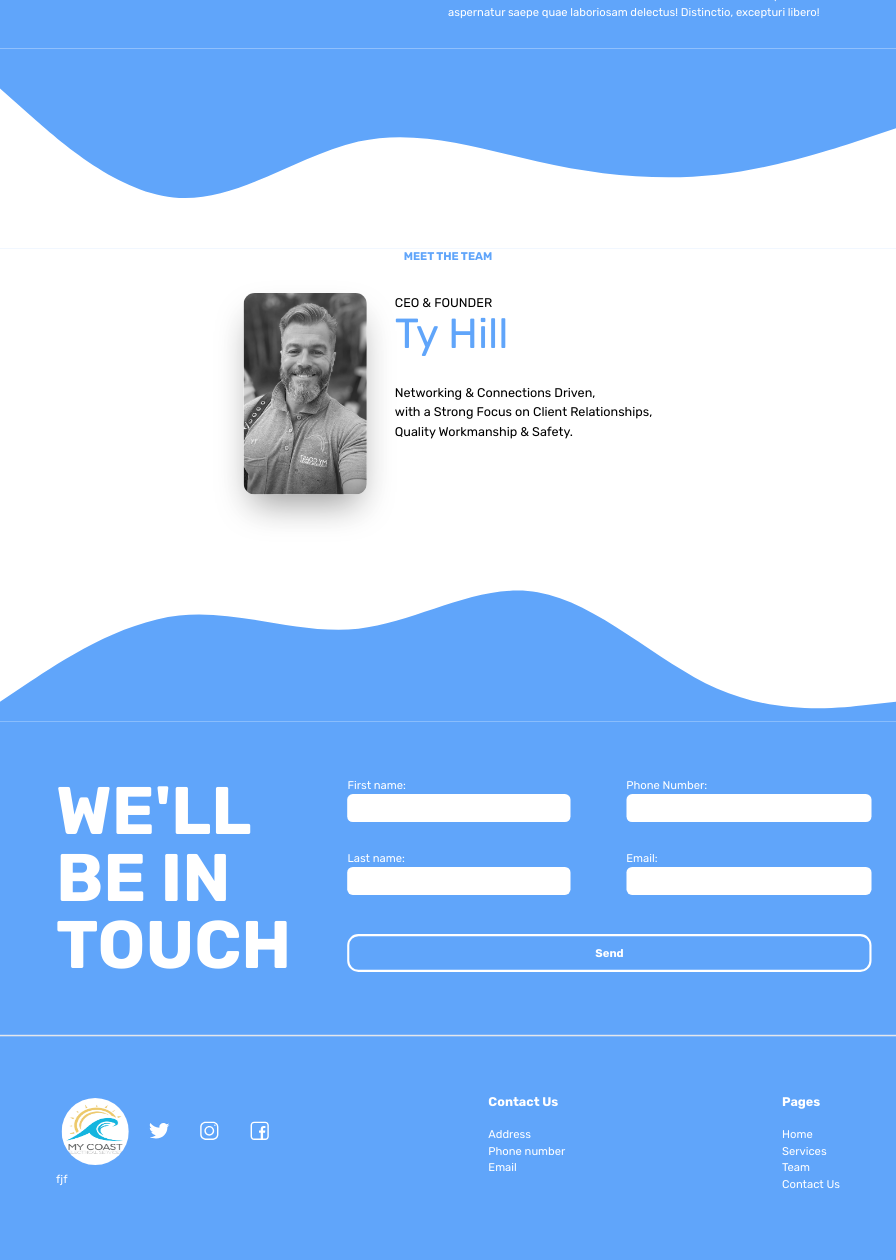
Repository: Jace-Kington/mce-website
Page: /
An editor plug-in stored every save of this project. The page is shown before and after the next save, followed by the edit.
The browser window is 1280 px wide. The pictures show the part of the page from y = 1079 to 2999 px (the page is 2879 px tall before and 2999 px after), at 70% of full size.
The project was rebuilt for these pictures with package versions that can differ from the ones it lists, and the page was loaded fresh each time. The framework's server and built-in components were replaced by stand-ins that run in the browser. Also part of the build but not shown: next.config.js.

Above is the page before, as saved 2022-11-12 13:24:45.

### pages/index.js

import Navbar from '../components/Navbar'
import Services from '../components/Services'
import MeetUs from '../components/Meet-us'
import ContactUs from '../components/ContactUs'
import Footer from '../components/Footer'

export default function Home() {
  return (
    <div>
      <head>
        <link rel="preconnect" href="https://fonts.googleapis.com"/>
        <link rel="preconnect" href="https://fonts.gstatic.com" crossorigin/>
        <link href="https://fonts.googleapis.com/css2?family=Rubik:ital,wght@0,400;0,500;0,700;0,900;1,800;1,900&display=swap" rel="stylesheet"/>
        <meta name="viewport" content="width=device-width, initial-scale=1.0" />
      </head>
      <Navbar/>
      <Services/>
      <MeetUs/>
      <ContactUs/>
      <Footer/>
    </div>
  )
}

### styles/globals.css
@tailwind base;
@tailwind components;
@tailwind utilities;

* {
  font-family: 'Rubik';
}

### components/Navbar.jsx
import React from 'react'
import Image from 'next/image'
import image_2 from '../assets/logo-1.png'

const Navbar = () => {
  return (
    <div className=''>
      <head>
      </head>
      <div className='flex justify-between items-center ml-5 mr-5'>
        <Image alt = "" src={image_2} className='rounded-full p-2 h-28 w-28' />

        <div className='flex gap-10 items-center'>
          <a className='hover:text-blue-400 transition ease-in' href='#services-section'>
            Services
          </a>

          <a className='hover:text-blue-400 transition ease-in ' href="#meet-us">
            Team
          </a>

          <div className=''>
            <a className='bg-blue-400 hover:bg-blue-500 transition ease-in rounded-2xl p-3' href="#contact-us">
              <span className='text-white'>Enquire Now</span>
            </a>
          </div>

        </div>
      </div>

      <div className='text-center text-blue-400 mt-12'>
        <div className='text-7xl'>
          The Best <strong>Trade Services</strong>
        </div>
        <div className='text-7xl'>
          On the Sunny Coast
        </div>

        <div className='outline-rounded mt-20 bg-white'>
          <a  style = {{'border-width': '2px', 'border-color': '#60a5fa'}} className='rounded-2xl hover:bg-blue-400 hover:text-white transition shadow-md shadow-blue-400 hover:shadow-lg hover:shadow-blue-400 p-5' href="#contact-us">
            Get Started
          </a>
        </div>
      </div>

      <svg xmlns="http://www.w3.org/2000/svg" viewBox="0 0 1440 320"><path fill="#60a5fa" fill-opacity="1" d="M0,192L48,186.7C96,181,192,171,288,160C384,149,480,139,576,144C672,149,768,171,864,197.3C960,224,1056,256,1152,261.3C1248,267,1344,245,1392,234.7L1440,224L1440,320L1392,320C1344,320,1248,320,1152,320C1056,320,960,320,864,320C768,320,672,320,576,320C480,320,384,320,288,320C192,320,96,320,48,320L0,320Z"></path></svg>
    </div>
  )
}

export default Navbar

### components/Services.tsx
import React from 'react'

const Services = () => {
  return (
    <div id = 'services-section' className = 'bg-blue-400'>
        <div className = 'text-white text-center font-semibold text-lg uppercase underline-offset-1'>Our Services</div>
        <div className = 'grid grid-cols-2 m-10'>
            <div className = ''>
                <div className = 'text-white text-6xl font-bold'>Commercial</div>
                <div className = 'text-white text-lg'>Lorem ipsum dolor sit, amet consectetur adipisicing elit. Eaque culpa at enim rem deleniti, doloribus veritatis iusto reiciendis totam cum aliquid tempore adipisci. </div>
            </div>
            <div className = ''>

            </div>
            <div>

            </div>
            <div>
                <div className = 'text-white text-6xl font-bold'>Residential</div>
                <div className = 'text-white'>Lorem ipsum dolor sit amet consectetur adipisicing elit. Aperiam sit, est fugiat quis aliquid dolore asperiores velit ducimus modi numquam doloribus nesciunt quos molestiae, consequatur perspiciatis animi adipisci ipsa voluptates?Lorem ipsum dolor sit amet consectetur adipisicing elit. Omnis ut, quaerat praesentium reiciendis blanditiis dolorem ad veritatis odit ex maxime consequuntur aut aspernatur saepe quae laboriosam delectus! Distinctio, excepturi libero!</div>
            </div>
        </div>
        <svg className = 'bg-white' xmlns="http://www.w3.org/2000/svg" viewBox="0 0 1440 320">
        <path fill="#60a5fa" fill-opacity="1" d="M0,64L48,106.7C96,149,192,235,288,240C384,245,480,171,576,149.3C672,128,768,160,864,181.3C960,203,1056,213,1152,202.7C1248,192,1344,160,1392,144L1440,128L1440,0L1392,0C1344,0,1248,0,1152,0C1056,0,960,0,864,0C768,0,672,0,576,0C480,0,384,0,288,0C192,0,96,0,48,0L0,0Z"></path>
        </svg>
    </div>
  )
}

export default Services

### components/Meet-us.tsx
import React from 'react'
import Image from 'next/image'
import image_2 from '../assets/ty-photo.png'


const MeetUs = () => {
  return (
    <div id = "meet-us" className = 'max-w-[100%]'>
        <div className = 'text-blue-400 uppercase font-semibold text-center'>Meet the Team</div>

        <div className = 'justify-center flex gap-10 m-10'>
            <div>
              <Image alt = "" className = 'rounded-2xl shadow-2xl shadow-blue-400 grayscale h-72 w-44' src = {image_2}/>
            </div>
            <div>
                <div className = 'uppercase text-lg'>CEO & Founder</div>
                <div className = 'text-6xl text-blue-400 pb-10'>Ty Hill</div>
                <div className = 'text-lg'>
                  <div className = ''>Networking & Connections Driven, </div>
                  <div>with a Strong Focus on Client Relationships,</div>
                  <div>Quality Workmanship & Safety.</div>
                </div>

            </div>
        </div>

        <svg xmlns="http://www.w3.org/2000/svg" viewBox="0 0 1440 320"><path fill="#60a5fa" fill-opacity="1" d="M0,288L48,256C96,224,192,160,288,149.3C384,139,480,181,576,170.7C672,160,768,96,864,112C960,128,1056,224,1152,266.7C1248,309,1344,299,1392,293.3L1440,288L1440,320L1392,320C1344,320,1248,320,1152,320C1056,320,960,320,864,320C768,320,672,320,576,320C480,320,384,320,288,320C192,320,96,320,48,320L0,320Z"></path></svg>
    </div>
  )
}

export default MeetUs

### components/ContactUs.jsx
import React, { useRef } from 'react'
import emailjs from '@emailjs/browser'
import { ToastContainer, toast } from 'react-toastify'
import 'react-toastify/dist/ReactToastify.css'

const ContactUs = () => {
  const toast_success = () => { toast('Email Sent!'); }
  const toast_fail = () => { toast('Error'); }

  const form = useRef();

  const sendEmail = (e) => {
    e.preventDefault();

    emailjs.sendForm('service_16oy9kb', 'template_p83nfjr', form.current, '7jHtCbxop4BW2nz9r')
      .then((result) => {
          console.log(result.text);
          toast_success();
      }, (error) => {
          console.log(error.text);
          toast_fail();
      });
  };

  return (
    <div id = "contact-us" className = 'bg-blue-400'>
        <div className = 'flex'>
          <div className = 'text-white uppercase font-semibold p-20 text-8xl'>
              <div>We&apos;ll</div>
              <div>Be In</div>
              <div>Touch</div>
          </div>
          <form ref = {form} onSubmit = {sendEmail} className = 'pt-20'>
            <div className = 'flex gap-20 '>
              <div className = 'flex flex-col gap-10'>
                <div>
                  <label className = 'text-white' for="fname">First name:</label>
                  <input className = 'rounded-lg p-2 outline-1 outline-white w-full' type="text" id="fname" name="fname"/>
                </div>
                <div>
                  <label className = 'text-white' for="lname">Last name:</label>
                  <input className = 'rounded-lg p-2 outline-1 outline-white w-full' type="text" id="lname" name="lname"/>
                </div>
              </div>
              <div>
              <div className = 'flex flex-col gap-10'>
                <div>
                  <label className = 'text-white' for="phonenumber">Phone Number:</label>
                  <input className = 'rounded-lg p-2 outline-1 outline-white w-full' type="text" id="phonenumber" name="phonenumber"/>
                </div>
                <div>
                  <label className = 'text-white' for="email">Email:</label>
                  <input className = 'rounded-lg p-2 outline-1 outline-white w-full' type="text" id="email" name="email"/>
                </div>
              </div>
              </div>
            </div>

            <div>
              <button style = {{'border-width': '3px', 'border-color': 'white'}} className = 'text-center w-full p-3 rounded-2xl font-semibold hover:text-blue-400 text-white transition ease-in bg-blue-400 hover:bg-white mt-14'>Send</button>
              <ToastContainer
  position="top-right"
  autoClose={5000}
  hideProgressBar={true}
  newestOnTop={false}
  closeOnClick
  rtl={false}
  pauseOnFocusLoss
  draggable
  pauseOnHover
  toastStyle = {{'background-color': 'rgb(34 197 94)', 'color': 'white', 'border-radius': '1rem', 'padding': '15px'}}
  />
            </div>
          </form>
        </div>
      </div>
  )
}

export default ContactUs

### components/Footer.tsx
import React from 'react'
import image_2 from '../assets/logo-1.png'
import Image from 'next/image'

const Footer = () => {
  return (
    <div className = 'border-t-2 border-gray pb-4 bg-blue-400'>
        <div className = 'flex justify-between text-white p-20'>
            <div className = ''>
                <div className = 'flex items-center gap-5'>
                <Image alt = "" src= {image_2} className = 'items-start rounded-full p-2 h-28 w-28'/>

                <div className = 'flex gap-10 text-white'>
                    <svg fill="#fff" xmlns="http://www.w3.org/2000/svg"  viewBox="0 0 16 16" width="32px" height="32px"><path d="M 15 3.296875 C 14.476563 3.523438 13.949219 3.691406 13.367188 3.746094 C 13.949219 3.410156 14.417969 2.84375 14.648438 2.226563 C 14.066406 2.5625 13.484375 2.789063 12.84375 2.902344 C 12.257813 2.339844 11.5 2 10.683594 2 C 9.109375 2 7.824219 3.242188 7.824219 4.765625 C 7.824219 4.988281 7.824219 5.214844 7.882813 5.386719 C 4.875 5.386719 2.8125 3.691406 1.414063 2 C 1.121094 2.394531 1.003906 2.902344 1.003906 3.410156 C 1.003906 4.367188 1.53125 5.214844 2.289063 5.722656 C 1.820313 5.667969 1.355469 5.554688 1.003906 5.386719 C 1.003906 5.386719 1.003906 5.386719 1.003906 5.441406 C 1.003906 6.796875 1.996094 7.921875 3.28125 8.148438 C 3.046875 8.203125 2.8125 8.261719 2.519531 8.261719 C 2.347656 8.261719 2.171875 8.261719 1.996094 8.207031 C 2.347656 9.335938 3.976563 10.632813 5.257813 10.632813 C 4.265625 11.363281 3.34375 12 1.5 12 C 1.265625 12 1.453125 12 1 12 C 2.28125 12.789063 3.800781 13 5.375 13 C 10.683594 13 13.542969 8.769531 13.542969 5.101563 C 13.542969 4.988281 13.542969 4.878906 13.542969 4.765625 C 14.125 4.367188 14.59375 3.863281 15 3.296875"/></svg>
                    <svg fill="#fff" xmlns="http://www.w3.org/2000/svg"  viewBox="0 0 16 16" width="32px" height="32px"><path d="M 4.773438 1 C 2.695313 1 1 2.695313 1 4.773438 L 1 10.230469 C 1 12.304688 2.695313 14 4.773438 14 L 10.230469 14 C 12.304688 14 14 12.304688 14 10.226563 L 14 4.773438 C 14 2.695313 12.304688 1 10.226563 1 Z M 4.773438 2 L 10.226563 2 C 11.765625 2 13 3.234375 13 4.773438 L 13 10.226563 C 13 11.765625 11.765625 13 10.230469 13 L 4.773438 13 C 3.234375 13 2 11.765625 2 10.230469 L 2 4.773438 C 2 3.234375 3.234375 2 4.773438 2 Z M 11.5 3 C 11.222656 3 11 3.222656 11 3.5 C 11 3.777344 11.222656 4 11.5 4 C 11.777344 4 12 3.777344 12 3.5 C 12 3.222656 11.777344 3 11.5 3 Z M 7.5 4 C 5.574219 4 4 5.574219 4 7.5 C 4 9.425781 5.574219 11 7.5 11 C 9.425781 11 11 9.425781 11 7.5 C 11 5.574219 9.425781 4 7.5 4 Z M 7.5 5 C 8.886719 5 10 6.113281 10 7.5 C 10 8.886719 8.886719 10 7.5 10 C 6.113281 10 5 8.886719 5 7.5 C 5 6.113281 6.113281 5 7.5 5 Z"/></svg>
                    <svg fill="#fff" xmlns="http://www.w3.org/2000/svg"  viewBox="0 0 16 16" width="32px" height="32px"><path d="M 3.5 1 C 2.1250151 1 1 2.1250151 1 3.5 L 1 11.5 C 1 12.874985 2.1250151 14 3.5 14 L 11.5 14 C 12.874985 14 14 12.874985 14 11.5 L 14 3.5 C 14 2.1250151 12.874985 1 11.5 1 L 3.5 1 z M 3.5 2 L 11.5 2 C 12.335015 2 13 2.6649849 13 3.5 L 13 11.5 C 13 12.335015 12.335015 13 11.5 13 L 9.9042969 13 L 9.9042969 8.9667969 L 11.300781 8.9667969 L 11.509766 7.3574219 L 9.9042969 7.3574219 L 9.9042969 6.3320312 C 9.9042969 5.8660312 10.034031 5.5488281 10.707031 5.5488281 L 11.566406 5.5488281 L 11.566406 4.109375 C 11.417406 4.089375 10.907453 4.046875 10.314453 4.046875 C 9.0764531 4.046875 8.2304688 4.795875 8.2304688 6.171875 L 8.2304688 7.3574219 L 7 7.3535156 L 7 8.9628906 L 8.2304688 8.9667969 L 8.2304688 13 L 3.5 13 C 2.6649849 13 2 12.335015 2 11.5 L 2 3.5 C 2 2.6649849 2.6649849 2 3.5 2 z"/></svg>
                </div>
                </div>


                <div className = ''>
                    <div>fjf</div>
                </div>
            </div>

            <div className = ''>
                <div className = 'text-lg font-bold pb-5'>
                    Contact Us
                </div>
                <div>
                    Address
                </div>
                <div>
                    Phone number
                </div>
                <div>
                    Email
                </div>
            </div>

            <div>
                <div className = 'text-lg font-bold pb-5'>
                    Pages
                </div>

                <div>
                    Home
                </div>
                <div>
                    Services
                </div>
                <div>
                    Team
                </div>
                <div>
                    Contact Us
                </div>
            </div>
        </div>
    </div>
  )
}

export default Footer

Loaded but not shown: pages/_app.js (common file); tailwind.config.js (common file)

After the next save:
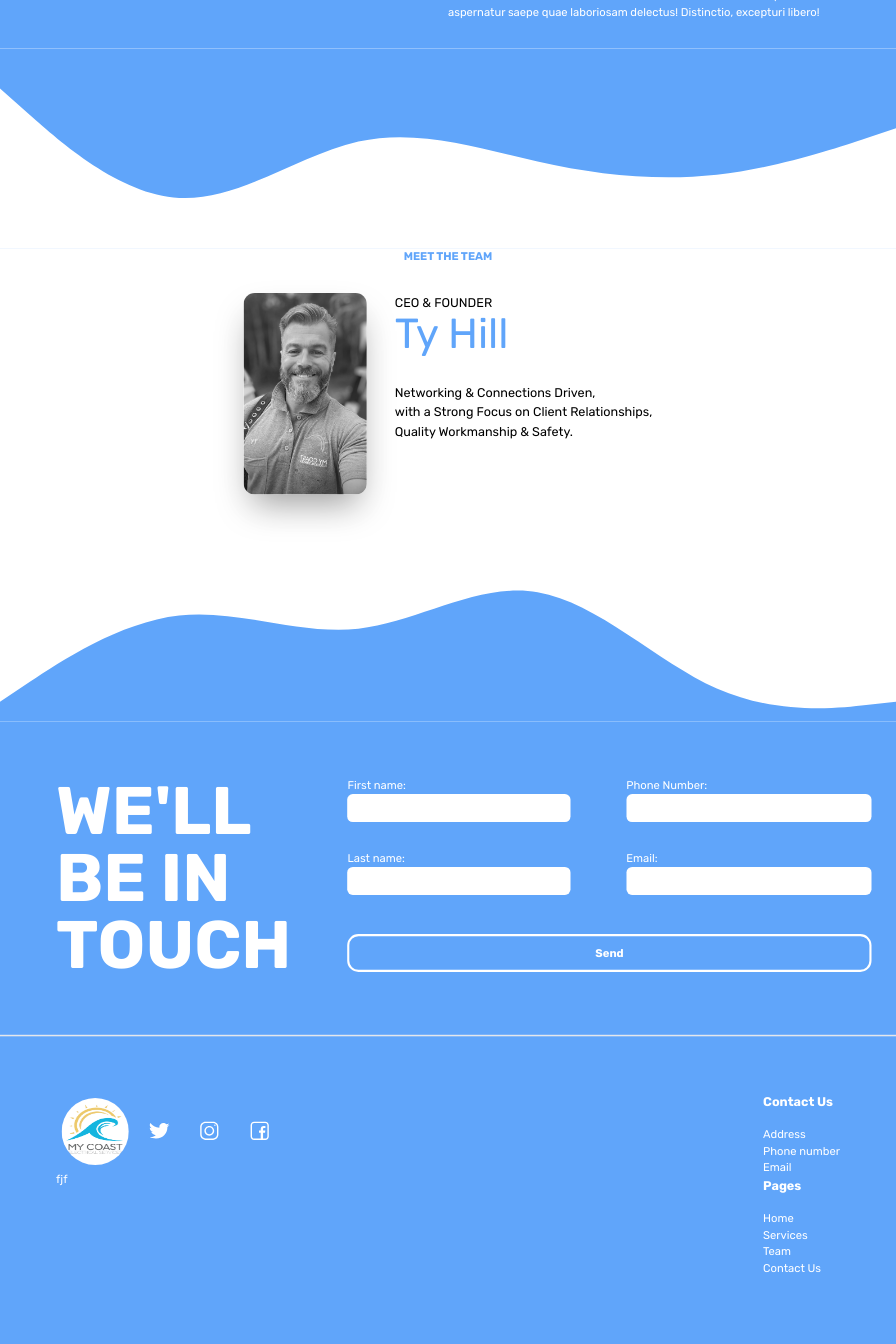
Saved 53 s later.
--- a/components/Footer.tsx
+++ b/components/Footer.tsx
@@ -23,37 +23,39 @@ const Footer = () => {
                 </div>
             </div>
 
-            <div className = ''>
-                <div className = 'text-lg font-bold pb-5'>
-                    Contact Us
-                </div>
-                <div>
-                    Address
-                </div>
-                <div>
-                    Phone number
-                </div>
-                <div>
-                    Email
-                </div>
-            </div>
-
             <div>
-                <div className = 'text-lg font-bold pb-5'>
-                    Pages
+                <div className = ''>
+                    <div className = 'text-lg font-bold pb-5'>
+                        Contact Us
+                    </div>
+                    <div>
+                        Address
+                    </div>
+                    <div>
+                        Phone number
+                    </div>
+                    <div>
+                        Email
+                    </div>
                 </div>
 
                 <div>
-                    Home
-                </div>
-                <div>
-                    Services
-                </div>
-                <div>
-                    Team
-                </div>
-                <div>
-                    Contact Us
+                    <div className = 'text-lg font-bold pb-5'>
+                        Pages
+                    </div>
+
+                    <div>
+                        Home
+                    </div>
+                    <div>
+                        Services
+                    </div>
+                    <div>
+                        Team
+                    </div>
+                    <div>
+                        Contact Us
+                    </div>
                 </div>
             </div>
         </div>
